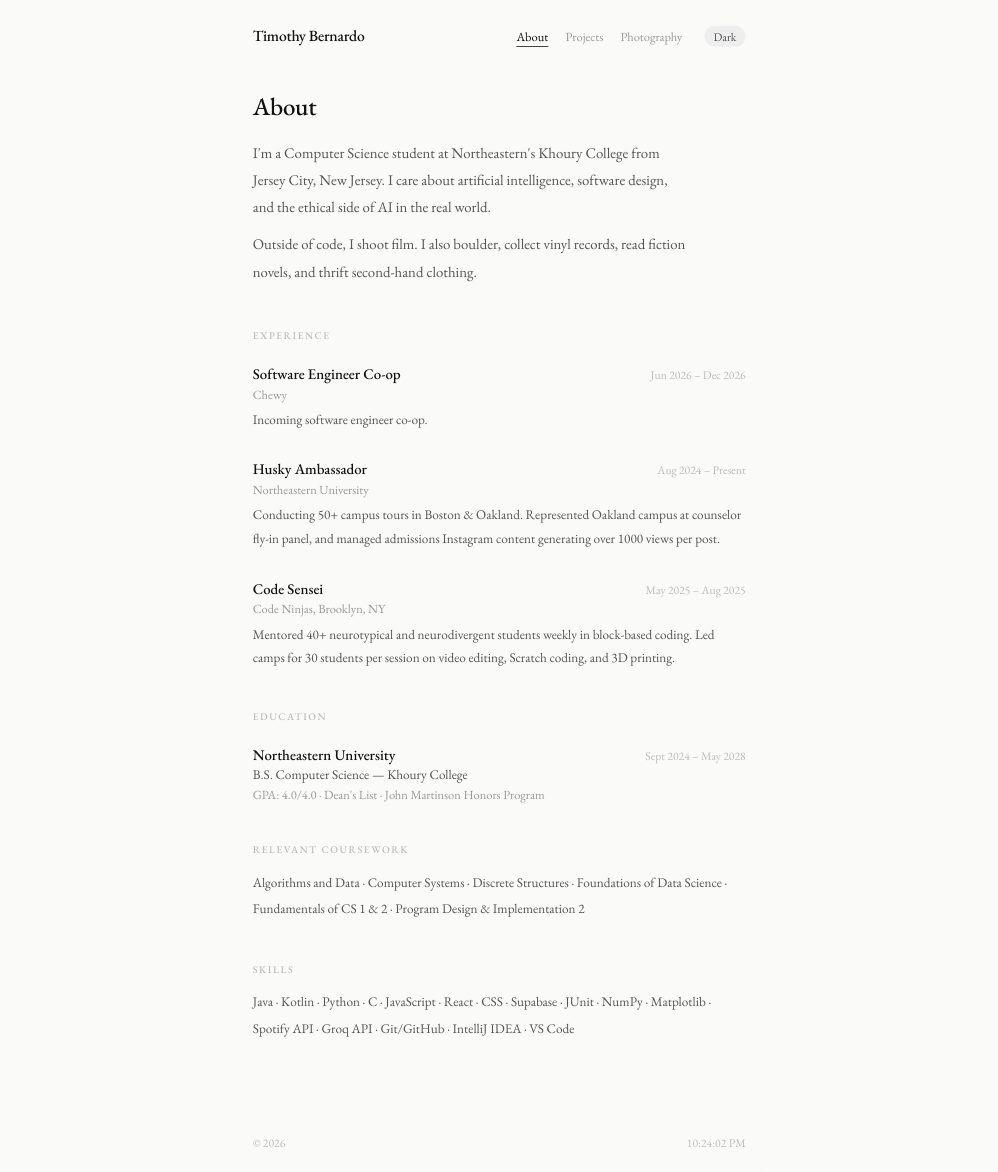
Repository: timothybernardo/portfolio
Page: /about
These files come from the project's save history. The page is drawn as it stood at one moment and after the next save; the edit follows.
The browser window is 1280 px wide. The pictures show the whole page, at 78% of full size.
The project was rebuilt for these pictures with package versions that can differ from the ones it lists, and the page was loaded fresh each time. Also part of the build but not shown: src/pages/Home.jsx, src/data/projects.js, src/pages/Projects.jsx, src/data/photos.js, src/components/PhotoCard.jsx, src/pages/Photography.jsx.

Above is the page before, as saved 2026-03-08 00:13:07.

### public/index.html
<!DOCTYPE html>
<html lang="en">
<head>
  <meta charset="UTF-8" />
  <meta name="viewport" content="width=device-width, initial-scale=1.0" />
  <title>Timothy Bernardo</title>
  <link href="https://fonts.googleapis.com/css2?family=EB+Garamond:ital,wght@0,400;0,500;0,600;0,700;1,400&display=swap" rel="stylesheet" />
</head>
<body>
  <div id="root"></div>
</body>
</html>

### src/index.js
import React from "react";
import ReactDOM from "react-dom/client";
import { BrowserRouter } from "react-router-dom";
import App from "./App";
import "./index.css";

const root = ReactDOM.createRoot(document.getElementById("root"));
root.render(
  <React.StrictMode>
    <BrowserRouter>
      <App />
    </BrowserRouter>
  </React.StrictMode>
);

### src/App.jsx
import { useState } from "react";
import { Routes, Route } from "react-router-dom";
import { themes, serif } from "./theme";
import Header from "./components/Header";
import Footer from "./components/Footer";
import Home from "./pages/Home";
import About from "./pages/About";
import Projects from "./pages/Projects";
import Photography from "./pages/Photography";

export default function App() {
  const [dark, setDark] = useState(false);
const theme = dark ? themes.dark : themes.light;
document.documentElement.style.background = theme.bg;
document.body.style.background = theme.bg;

  return (
    <div
      style={{
        fontFamily: serif,
        color: theme.text,
        minHeight: "100vh",
        background: theme.bg,
        display: "flex",
        flexDirection: "column",
        transition: "background 0.3s, color 0.3s",
      }}
    >
      <Header theme={theme} isDark={dark} onToggle={() => setDark(!dark)} />

      <main style={{ maxWidth: 680, width: "100%", margin: "0 auto", padding: "0 24px 100px", flex: 1 }}>
        <Routes>
          <Route path="/" element={<Home theme={theme} />} />
          <Route path="/about" element={<About theme={theme} />} />
          <Route path="/projects" element={<Projects theme={theme} />} />
          <Route path="/photography" element={<Photography theme={theme} />} />
          <Route path="/photography/:id" element={<Photography theme={theme} />} />
        </Routes>
      </main>

      <Footer theme={theme} />
    </div>
  );
}

### src/index.css
* {
  margin: 0;
  padding: 0;
  box-sizing: border-box;
}

html {
  scroll-behavior: smooth;
  overflow-y: scroll;
}

html, body, #root {
  min-height: 100%;
  height: 100%;
  background: inherit;
}

body {
  -webkit-font-smoothing: antialiased;
  -moz-osx-font-smoothing: grayscale;
  overscroll-behavior: none;
}

img {
  will-change: opacity;
}

a {
  text-decoration: none;
  color: inherit;
}

### src/theme.js
export const serif = "'EB Garamond', Georgia, 'Times New Roman', serif";

export const themes = {
  light: {
    bg: "#fafaf8",
    text: "#111",
    sub: "#555",
    muted: "#999",
    faint: "#bbb",
    border: "#ece9e5",
    pill: "#111",
    pillT: "#fff",
    pillB: "#ddd",
    badge: "rgba(255,255,255,0.3)",
    toggle: "#eee",
    toggleTxt: "#555",
  },
  dark: {
    bg: "#131313",
    text: "#e4e0da",
    sub: "#a09a93",
    muted: "#6b665f",
    faint: "#4a4640",
    border: "#282624",
    pill: "#e4e0da",
    pillT: "#131313",
    pillB: "#383530",
    badge: "rgba(255,255,255,0.18)",
    toggle: "#282624",
    toggleTxt: "#a09a93",
  },
};

### src/components/Header.jsx
import { Link, useLocation } from "react-router-dom";
import { serif } from "../theme";

const links = [
  { path: "/about", label: "About" },
  { path: "/projects", label: "Projects" },
  { path: "/photography", label: "Photography" },
];

export default function Header({ theme, onToggle, isDark }) {
  const { pathname } = useLocation();

  return (
    <header
      style={{
        maxWidth: 680,
        width: "100%",
        margin: "0 auto",
        padding: "32px 24px 0",
        display: "flex",
        justifyContent: "space-between",
        alignItems: "baseline",
        fontFamily: serif,
      }}
    >
      <Link to="/" style={{ fontWeight: 500, fontSize: 20, letterSpacing: "-0.3px" }}>
        Timothy Bernardo
      </Link>

      <nav style={{ display: "flex", gap: 22, alignItems: "baseline" }}>
        {links.map(({ path, label }) => (
          <Link
            key={path}
            to={path}
            style={{
              fontSize: 16,
              color: pathname === path ? theme.text : theme.muted,
              paddingBottom: 2,
              borderBottom:
                pathname === path
                  ? `1.5px solid ${theme.text}`
                  : "1.5px solid transparent",
            }}
          >
            {label}
          </Link>
        ))}
        <span
          onClick={onToggle}
          style={{
            fontFamily: serif,
            fontSize: 15,
            cursor: "pointer",
            padding: "4px 12px",
            borderRadius: 14,
            background: theme.toggle,
            color: theme.toggleTxt,
            marginLeft: 6,
            userSelect: "none",
          }}
        >
          {isDark ? "Light" : "Dark"}
        </span>
      </nav>
    </header>
  );
}

### src/components/Footer.jsx
import Clock from "./Clock";
import { serif } from "../theme";

export default function Footer({ theme }) {
  return (
    <footer
      style={{
        maxWidth: 680,
        width: "100%",
        margin: "0 auto",
        padding: "20px 24px 28px",
        fontSize: 15,
        color: theme.faint,
        display: "flex",
        justifyContent: "space-between",
        alignItems: "center",
        fontFamily: serif,
      }}
    >
      <span>&copy; 2026</span>
      <Clock color={theme.faint} />
    </footer>
  );
}

### src/pages/About.jsx
import { serif } from "../theme";
import { experience, education, skills, courses } from "../data/experience";

export default function About({ theme }) {
  return (
    <div style={{ marginTop: 56, fontFamily: serif }}>
      <h2 style={{ fontSize: 32, fontWeight: 500, letterSpacing: "-0.3px", marginBottom: 20 }}>
        About
      </h2>
      <p style={{ fontSize: 19, color: theme.sub, lineHeight: 1.85, maxWidth: 560, marginBottom: 12 }}>
        I'm a Computer Science student at Northeastern's Khoury College from Jersey City, New Jersey.
        I care about artificial intelligence, software design, and the ethical side of AI in the real world.
      </p>
      <p style={{ fontSize: 19, color: theme.sub, lineHeight: 1.85, maxWidth: 560, marginBottom: 56 }}>
        Outside of code, I shoot film. I also boulder,
        collect vinyl records, read fiction novels, and thrift second-hand clothing.
      </p>

      {/* Experience */}
      <h3 style={{ fontSize: 13, fontWeight: 500, textTransform: "uppercase", letterSpacing: "2px", color: theme.faint, marginBottom: 28 }}>
        Experience
      </h3>
      {experience.map((e, i) => (
        <div key={i} style={{ marginBottom: 36 }}>
          <div style={{ display: "flex", justifyContent: "space-between", alignItems: "baseline", flexWrap: "wrap", gap: 8, marginBottom: 3 }}>
            <span style={{ fontSize: 19, fontWeight: 500 }}>{e.role}</span>
            <span style={{ fontSize: 15, color: theme.faint }}>{e.period}</span>
          </div>
          <span style={{ fontSize: 16, color: theme.muted }}>{e.place}</span>
          <p style={{ fontSize: 17, color: theme.sub, lineHeight: 1.75, margin: "8px 0 0" }}>
            {e.desc}
          </p>
        </div>
      ))}

      {/* Education */}
      <h3 style={{ fontSize: 13, fontWeight: 500, textTransform: "uppercase", letterSpacing: "2px", color: theme.faint, marginBottom: 28, marginTop: 52 }}>
        Education
      </h3>
      {education.map((ed, i) => (
        <div key={i} style={{ marginBottom: 20 }}>
          <div style={{ display: "flex", justifyContent: "space-between", alignItems: "baseline", flexWrap: "wrap", gap: 8 }}>
            <span style={{ fontSize: 19, fontWeight: 500 }}>{ed.school}</span>
            <span style={{ fontSize: 15, color: theme.faint }}>{ed.period}</span>
          </div>
          <span style={{ fontSize: 17, color: theme.sub, display: "block", marginTop: 2 }}>{ed.degree}</span>
          {ed.detail && (
            <span style={{ fontSize: 16, color: theme.muted, display: "block", marginTop: 4 }}>{ed.detail}</span>
          )}
        </div>
      ))}

      {/* Coursework */}
      <h3 style={{ fontSize: 13, fontWeight: 500, textTransform: "uppercase", letterSpacing: "2px", color: theme.faint, marginBottom: 16, marginTop: 52 }}>
        Relevant Coursework
      </h3>
      <p style={{ fontSize: 17, color: theme.sub, lineHeight: 2 }}>
        {courses.join("  ·  ")}
      </p>

      {/* Skills */}
      <h3 style={{ fontSize: 13, fontWeight: 500, textTransform: "uppercase", letterSpacing: "2px", color: theme.faint, marginBottom: 16, marginTop: 52 }}>
        Skills
      </h3>
      <p style={{ fontSize: 17, color: theme.sub, lineHeight: 2 }}>
        {skills.join("  ·  ")}
      </p>
    </div>
  );
}

### src/components/Clock.jsx
import { useState, useEffect } from "react";

export default function Clock({ color }) {
  const [time, setTime] = useState(new Date());

  useEffect(() => {
    const interval = setInterval(() => setTime(new Date()), 1000);
    return () => clearInterval(interval);
  }, []);

  return (
    <span style={{ color }}>
      {time.toLocaleTimeString("en-US", {
        hour: "2-digit",
        minute: "2-digit",
        second: "2-digit",
      })}
    </span>
  );
}

### src/data/experience.js
export const experience = [
  {
    role: "Software Engineer Co-op",
    place: "Chewy",
    period: "Jun 2026 – Dec 2026",
    desc: "Incoming software engineer co-op."
  },
  {
    role: "Husky Ambassador",
    place: "Northeastern University",
    period: "Aug 2024 – Present",
    desc: "Conducting 50+ campus tours in Boston & Oakland. Represented Oakland campus at counselor fly-in panel, and managed admissions Instagram content generating over 1000 views per post.",
  },
  {
    role: "Code Sensei",
    place: "Code Ninjas, Brooklyn, NY",
    period: "May 2025 – Aug 2025",
    desc: "Mentored 40+ neurotypical and neurodivergent students weekly in block-based coding. Led camps for 30 students per session on video editing, Scratch coding, and 3D printing.",
  },
];

export const education = [
  {
    school: "Northeastern University",
    degree: "B.S. Computer Science — Khoury College",
    period: "Sept 2024 – May 2028",
    detail: "GPA: 4.0/4.0 · Dean's List · John Martinson Honors Program",
  },
];

export const skills = [
  "Java", "Kotlin", "Python", "C", "JavaScript",
  "React", "CSS", "Supabase", "JUnit", "NumPy", "Matplotlib",
  "Spotify API", "Groq API",
  "Git/GitHub", "IntelliJ IDEA", "VS Code",
];

export const courses = [
  "Algorithms and Data", "Computer Systems", "Discrete Structures",
  "Foundations of Data Science", "Fundamentals of CS 1 & 2",
  "Program Design & Implementation 2",
];

After the next save:
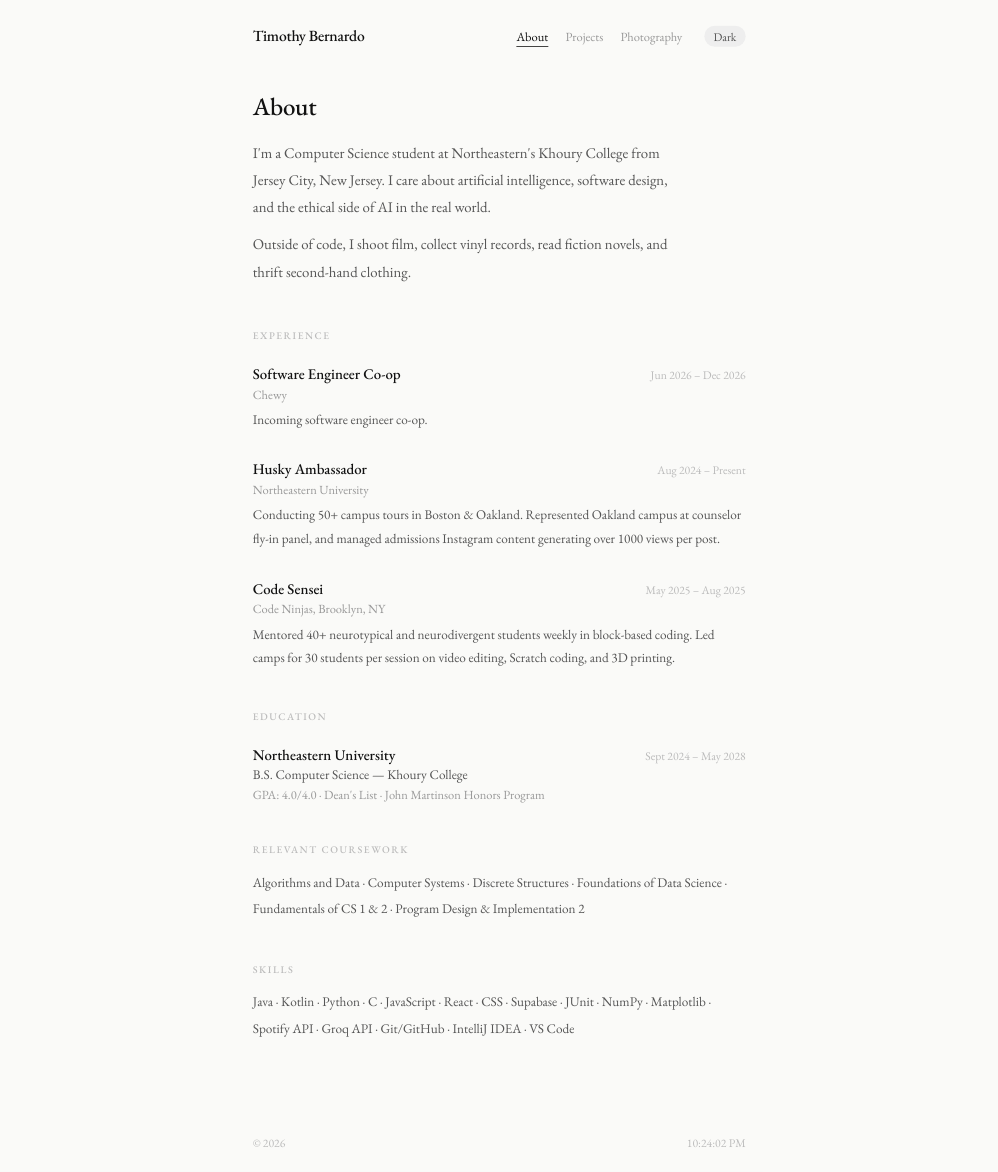
Saved 5 min 34 s later.
--- a/src/pages/About.jsx
+++ b/src/pages/About.jsx
@@ -12,7 +12,7 @@ export default function About({ theme }) {
         I care about artificial intelligence, software design, and the ethical side of AI in the real world.
       </p>
       <p style={{ fontSize: 19, color: theme.sub, lineHeight: 1.85, maxWidth: 560, marginBottom: 56 }}>
-        Outside of code, I shoot film. I also boulder,
+        Outside of code, I shoot film,
         collect vinyl records, read fiction novels, and thrift second-hand clothing.
       </p>
 
